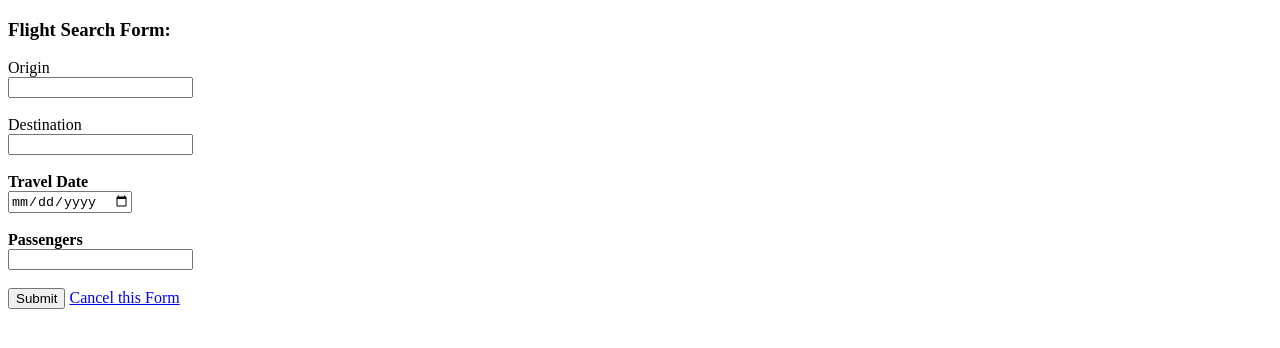
Repository: rkelly7391/SNHU_IT-634-X3894_18TW3
Page: http://localhost/RyanAirlineProject/FlightSearch
The author's editor kept a copy of each file at every save. The page is drawn from the files as they stood at one save, then again after the next save.
The browser window is 1280 px wide. The pictures show the whole page.
The page is served by Tomcat 9. Other server files are loaded and not shown.

Above is the page before, as saved 2018-03-04 23:10:08.

### RyanAirlineProject/source/production/java/RyanFlightSearchServlet.java
import java.io.ByteArrayOutputStream;
import java.io.IOException;
import java.io.InputStream;
import java.io.PrintWriter;
import java.util.LinkedHashMap;
import java.util.Map;

import javax.servlet.ServletException;
import javax.servlet.ServletOutputStream;
import javax.servlet.annotation.WebServlet;
import javax.servlet.http.HttpServlet;
import javax.servlet.http.HttpServletRequest;
import javax.servlet.http.HttpServletResponse;
import javax.servlet.http.Part;

/**
 * Servlet implementation class RyanFlight Will allow the user to search for a
 * flight
 *
 * @author ryan.kelly5
 */
@WebServlet(description = "RyanFlightSearches", urlPatterns = { "/FlightSearch" })
public class RyanFlightSearchServlet extends HttpServlet {
	private static final long serialVersionUID = 1L;

	// create a map to the flight search
	private Map<Integer, RyanFlightSearch> flightSearchDatabase = new LinkedHashMap<>();

	/**
	 * @see HttpServlet#doGet(HttpServletRequest request, HttpServletResponse
	 *      response)
	 */
	protected void doGet(HttpServletRequest request, HttpServletResponse response)
			throws ServletException, IOException {

		String action = request.getParameter("action");
		if (action == null)
			action = "list";
		switch (action) {
		case "create":
			this.showFlightSearch(response);
			break;

		default:
			this.showFlightSearch(response);
			break;
		}
	}

	protected void doPost(HttpServletRequest request, HttpServletResponse response)
			throws ServletException, IOException {

		String action = request.getParameter("action");
		if (action == null)
			action = "list";
		switch (action) {
		case "create":
//			this.createTicket(request, response);
			break;
		case "list":
		default:
			response.sendRedirect("tickets");
			break;
		}
	}

	private void showFlightSearch(HttpServletResponse response) throws ServletException, IOException {
		PrintWriter writer = this.writeHeader(response);

		writer.append("<h3>Flight Search Form:</h3>\r\n");
        writer.append("<form method=\"POST\" action=\"search\" ")
              .append("enctype=\"multipart/form-data\">\r\n");
        writer.append("<input type=\"hidden\" name=\"action\" ")
              .append("value=\"create\"/>\r\n");
        writer.append("Origin<br/>\r\n");
        writer.append("<input type=\"text\" name=\"customerName\"/><br/><br/>\r\n");
        writer.append("Destination<br/>\r\n");
        writer.append("<input type=\"text\" name=\"subject\"/><br/><br/>\r\n");
        writer.append("<b>Travel Date</b><br/>\r\n");
        writer.append("<input type=\"date\" name=\"travel\"/><br/><br/>\r\n");
        writer.append("<b>Passengers</b><br/>\r\n");
        writer.append("<input type=\"number\" name=\"pass\" min=\"1\"/><br/><br/>\r\n");
        writer.append("<input type=\"submit\" value=\"Submit\"/>\r\n");
        writer.append("<a href=\"search\">Cancel this Form</a>\r\n");
        writer.append("</form>\r\n");

//		writer.append("<h2>Search for a Flight</h2>\r\n");
//        writer.append("<form method=\"POST\" action=\"search\" ")
//              .append(">\r\n");
//        writer.append("<input type=\"hidden\" name=\"action\" ")
//              .append("value=\"list\"/>\r\n");
//        writer.append("Departing from:<br/>\r\n");
//        writer.append("<input type=\"text\" list=\"flightSource\" name=\"departLocationName\"/><br/><br/>\r\n"); //list=\"flightSource\"
//        writer.append("Arriving in:<br/>\r\n");
//        writer.append("<input type=\"text\" list=\"flightDest\" name=\"arrivalLocationName\"/><br/><br/>\r\n"); // list=\"flightDest\"
//        writer.append("Departure Date:<br/>\r\n");
//        writer.append("<input type=\"date\" name=\"departureDate\"/><br/><br/>\r\n");
//        writer.append("Number of Tickets<br/>\r\n");
//        writer.append("<select name=\"numberOfTickets\">");
//        	writer.append("<option value=\"1\">1</option>");
//        	writer.append("<option value=\"2\">2</option>");
//        	writer.append("<option value=\"3\">3</option>");
//        	writer.append("<option value=\"4\">4</option>");
//        	writer.append("<option value=\"5\">5</option>");
//        	writer.append("<option value=\"6\">6</option>");
//        	writer.append("<option value=\"7\">7</option>");
//        	writer.append("<option value=\"8\">8</option>");
//        	writer.append("<option value=\"9\">9</option>");
//        	writer.append("<option value=\"10\">10</option>");
//        writer.append("</select>");
//        writer.append("<br/><br/>\r\n");
//        writer.append("<input type=\"submit\" value=\"Submit\"/>\r\n");
//
//        //Build these out of the database later
//        writer.append("<datalist id=\"flightSource\">");
//        	writer.append("<option value=\"New York\">");
//        writer.append("</datalist>");
//
//        writer.append("<datalist id=\"flightDest\">");
//        	writer.append("<option value=\"Paris\">");
//        writer.append("</datalist>");
//        writer.append("</form>\r\n");
        this.writeFooter(writer);

		this.writeFooter(writer);
	}







	private PrintWriter writeHeader(HttpServletResponse response) throws ServletException, IOException {
		response.setContentType("text/html");
		response.setCharacterEncoding("UTF-8");

		PrintWriter writer = response.getWriter();
		writer.append("<!DOCTYPE html>\r\n").append("<html>\r\n").append("    <head>\r\n")
				.append("        <title>Customer Support</title>\r\n").append("    </head>\r\n")
				.append("    <body>\r\n");

		return writer;
	}

	private void writeFooter(PrintWriter writer) {
		writer.append("    </body>\r\n").append("</html>\r\n");
	}

}

After the next save:
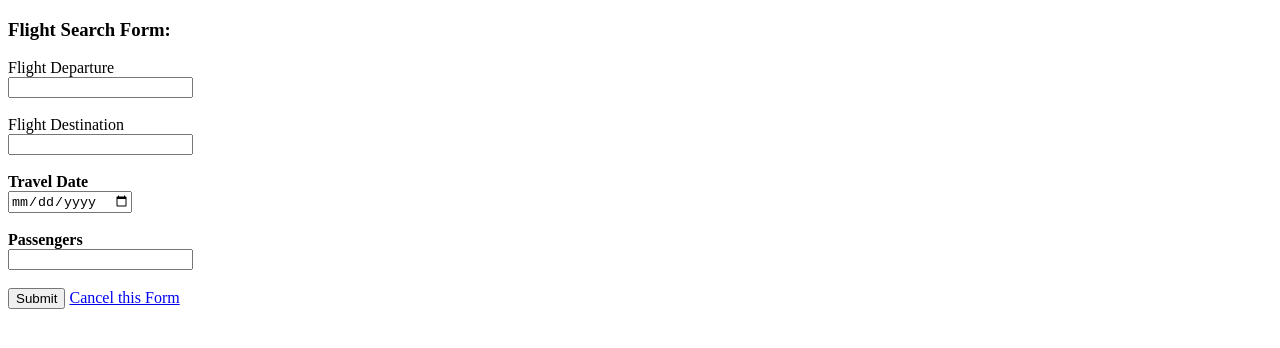
Saved 2 min 8 s later.
--- a/RyanAirlineProject/source/production/java/RyanFlightSearchServlet.java
+++ b/RyanAirlineProject/source/production/java/RyanFlightSearchServlet.java
@@ -72,9 +72,9 @@ public class RyanFlightSearchServlet extends HttpServlet {
               .append("enctype=\"multipart/form-data\">\r\n");
         writer.append("<input type=\"hidden\" name=\"action\" ")
               .append("value=\"create\"/>\r\n");
-        writer.append("Origin<br/>\r\n");
+        writer.append("Flight Departure<br/>\r\n");
         writer.append("<input type=\"text\" name=\"customerName\"/><br/><br/>\r\n");
-        writer.append("Destination<br/>\r\n");
+        writer.append("Flight Destination<br/>\r\n");
         writer.append("<input type=\"text\" name=\"subject\"/><br/><br/>\r\n");
         writer.append("<b>Travel Date</b><br/>\r\n");
         writer.append("<input type=\"date\" name=\"travel\"/><br/><br/>\r\n");
